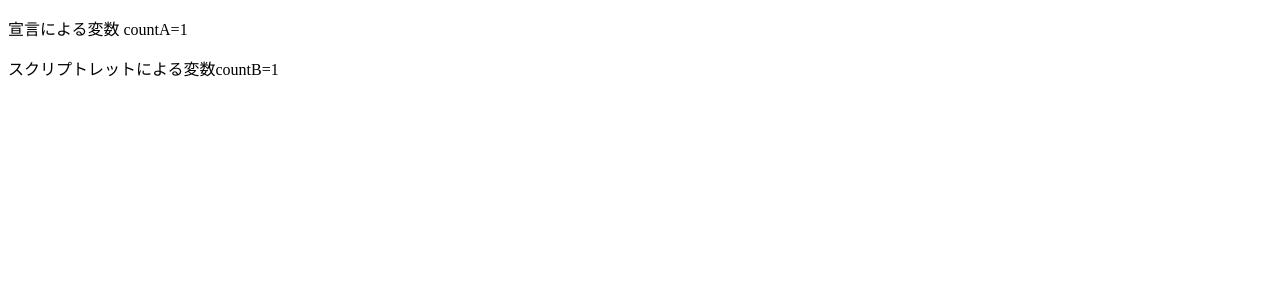
Repository: iuvfag/test
Page: http://localhost/HelloJsp/Test.jsp
The author's editor kept a copy of each file at every save. The page is drawn from the files as they stood at one save, then again after the next save.
The browser window is 1280 px wide. The pictures show the whole page.
The page is served by Tomcat 9.

Above is the page before, as saved 2018-06-25 01:26:09.

After the next save:
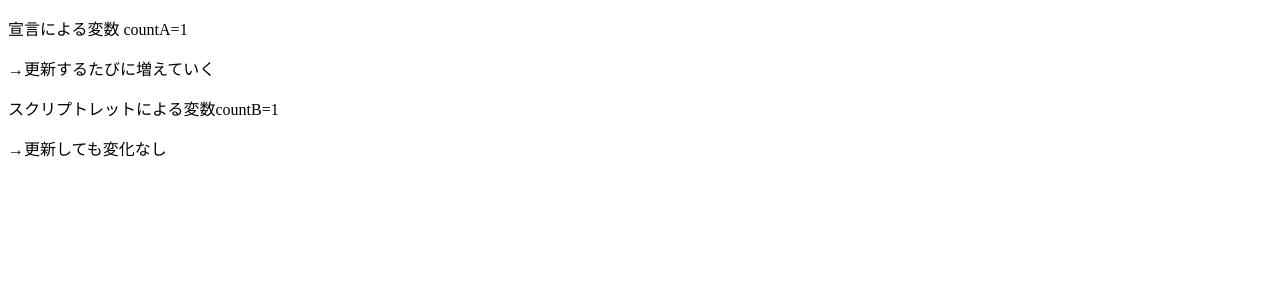
Saved 50 s later.
--- a/HelloJsp/WebContent/Test.jsp
+++ b/HelloJsp/WebContent/Test.jsp
@@ -17,7 +17,9 @@
 	%>
 
 	<p>宣言による変数 countA=<%= countA %></p>
+	→更新するたびに増えていく
 	<p>スクリプトレットによる変数countB=<%= countB %></p>
+	→更新しても変化なし
 
 </body>
 </html>
